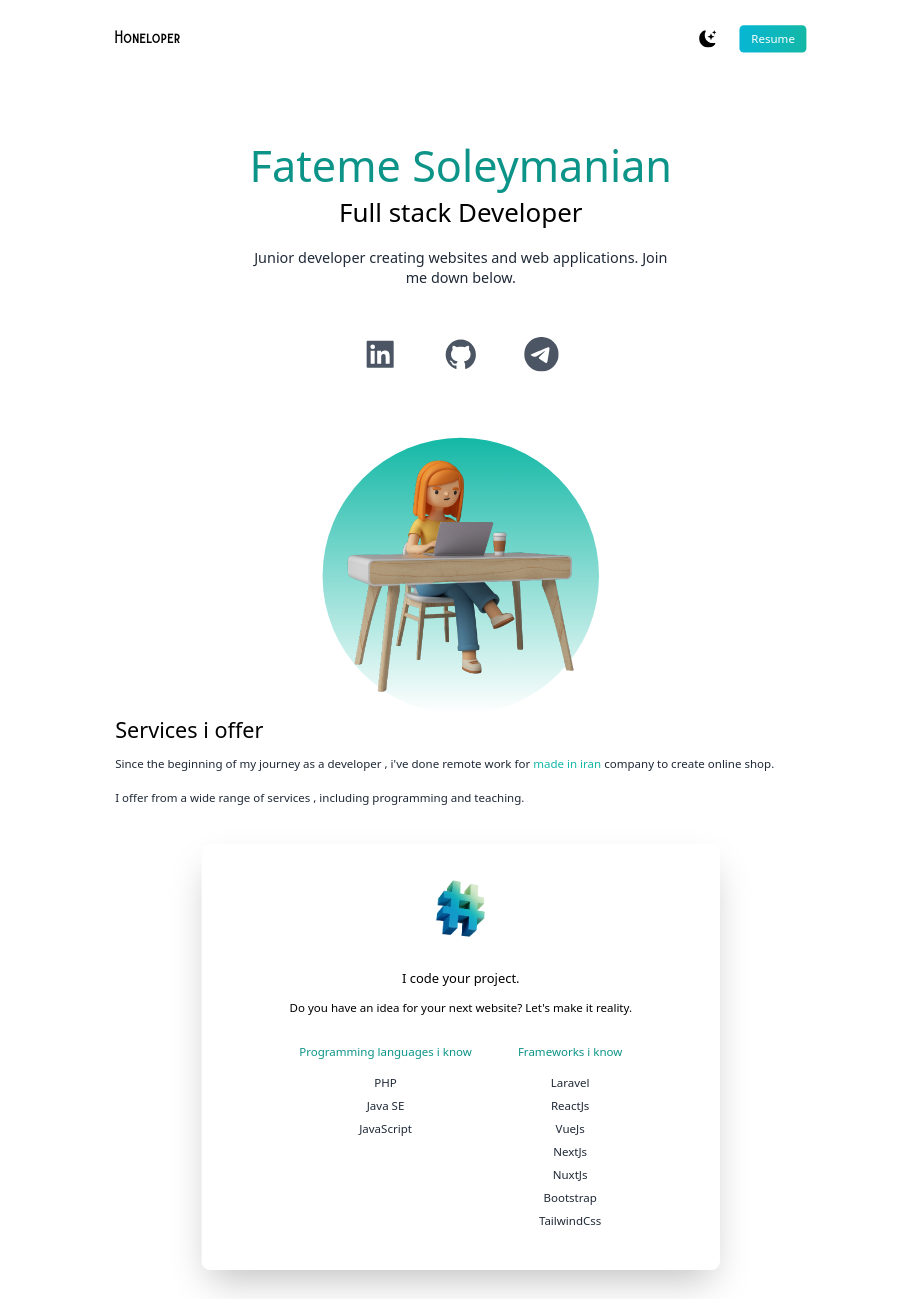
Repository: fatemesoleymanian/portfolio
Page: /
The author's editor kept a copy of each file at every save. The page is drawn from the files as they stood at one save, then again after the next save.
The browser window is 1280 px wide. The pictures show the whole page, at 72% of full size.
An inner scrolling area shows only its first screen. The project was rebuilt for these pictures with package versions that can differ from the ones it lists, and the page was loaded fresh each time. The framework's server and built-in components were replaced by stand-ins that run in the browser. Also part of the build but not shown: next.config.js.

Above is the page before, as saved 2023-03-10 19:40:31.

### pages/_document.js
import { Html, Head, Main, NextScript } from 'next/document'

export default function Document() {
  return (
    <Html lang="en">
      <Head />
      <body className='dark:bg-gray-900'>
        <Main />
        <NextScript />
      </body>
    </Html>
  )
}

### pages/index.js
import Head from 'next/head'
import { BsFillMoonStarsFill } from 'react-icons/bs'
import { AiFillLinkedin, AiFillGithub , } from 'react-icons/ai'
import {SiTelegram} from 'react-icons/si'
import Image from 'next/image'
import honeloper from '../public/honeloper3d.png'
import code from '../public/code.png'
import { useState } from 'react'
export default function Home() {
  const [darkMode , setDarkMode] = useState(false);
  return (
    <div className={darkMode ? 'dark' : ''}>
      <Head>
        <title>My Portfolio</title>
        <meta name="description" content="Generated by create next app" />
        <meta name="viewport" content="width=device-width, initial-scale=1" />
        <link rel="icon" href="/favicon.ico" />
      </Head>
      <main className='bg-white px-10 md:px-20 lg:px-40 dark:bg-gray-900'>
        <section className="min-h-screen">
          <nav className='py-10 mb-12 flex justify-between dark:text-white'>
            <h1 className='text-xl font-burtons'>Honeloper</h1>
            <ul className='flex items-center'>
              <li>
                <BsFillMoonStarsFill className='cursor-pointer text-2xl'
                onClick={() => setDarkMode(!darkMode)}/>
              </li>
              <li>
                <a className="bg-gradient-to-r from-cyan-500 to-teal-500 text-white px-4 py-2 rounded-md ml-8"
                  href="https://jobvision.ir/cv/97158940-111758">Resume</a>
              </li>
            </ul>
          </nav>
          <div className='text-center p-9'>
            <h2 className='text-3xl md:text-4xl lg:text-6xl py-2 text-teal-600 font-medium'>
              Fateme Soleymanian</h2>
            <h3 className='text-2xl md:text-3xl lg:text-4xl py-2 dark:text-gray-100'>Full stack Developer</h3>
            <p className='text-md py-5 leading-8 text-gray-800 lg:text-xl
            max-w-xl mx-auto dark:text-gray-400'>
              Junior developer creating websites and web applications. Join me down below.</p>
          </div>
          <div className='text-5xl flex justify-center gap-16 py-3 text-gray-600 dark:text-gray-300'>
            <a href="https://www.linkedin.com/in/fateme-soleymanian-b2713a225">
              <AiFillLinkedin />  </a>
            <a href="https://github.com/fatemesoleymanian">
              <AiFillGithub />
            </a>
            <a href="https://t.me/Honeloper">
              <SiTelegram />
            </a>
          </div>
          <div className='relative bg-gradient-to-b from-teal-500 rounded-full
          mx-auto md:w-80 md:h-80 lg:h-96 lg:w-96 mt-20'>
            <Image src={honeloper} alt="honeloper" />
          </div>
        </section>

        <section>
          <div>
            <h3 className='text-3xl py-1 dark:text-gray-200'>
              Services i offer
            </h3>
            <p className='text-md py-2 leading-8 text-gray-800 dark:text-gray-300'>
              Since the beginning of my journey as a developer , i've done remote work for
              <span className='text-teal-500'><a href="https://madein-iran.com"> made in iran </a></span> company to create online shop.
            </p>
            <p className='text-md py-2 leading-8 text-gray-800 dark:text-gray-300'>
              I offer from a wide range of services , including programming and teaching.
            </p>
          </div>
          <div>
            <div className='md:mx-auto text-center shadow-2xl p-10 rounded-xl my-10 md:w-9/12'>
              <Image src={code} width={100} height={100} className="mx-auto"/>
              <h3 className='text-lg font-medium pt-8 pb-2 dark:text-gray-100'>
                I code your project.
              </h3>
              <p className='py-2 dark:text-gray-200'>Do you have an idea for your next website?
                Let's make it reality.</p>
             <div className='flex justify-center gap-16 py-3'>
             <div className='dark:text-gray-300 text-gray-800'>
                <h4 className='py-4 text-teal-600'>Programming languages i know</h4>
                <p className='py-1'>PHP</p>
                <p className='py-1'>Java SE</p>
                <p className='py-1'>JavaScript</p>
              </div>
              <div className='dark:text-gray-300 text-gray-800'>
                <h4 className='py-4 text-teal-600'>Frameworks i know</h4>
                <p className='py-1'>Laravel</p>
                <p className='py-1'>ReactJs</p>
                <p className='py-1'>VueJs</p>
                <p className='py-1'>NextJs</p>
                <p className='py-1'>NuxtJs</p>
                <p className='py-1'>Bootstrap</p>
                <p className='py-1'>TailwindCss</p>
              </div>
             </div>
            </div>
          </div>
        </section>
      </main>
    </div>
  )
}

### styles/globals.css
@tailwind base;
@tailwind components;
@tailwind utilities;

* {
  box-sizing: border-box;
  padding: 0;
  margin: 0;
}

html,
body {
  max-width: 100vw;
  overflow-x: hidden;
}

a {
  color: inherit;
  text-decoration: none;
}

@font-face {
  font-family: "burtons";
  src: url('../public/Burtons.otf');
}

### tailwind.config.js
/** @type {import('tailwindcss').Config} */
module.exports = {
  darkMode:"class",
  content: [
    "./app/**/*.{js,ts,jsx,tsx}",
    "./pages/**/*.{js,ts,jsx,tsx}",
    "./components/**/*.{js,ts,jsx,tsx}",

  ],
  theme: {
    extend: {
      fontFamily:{
        burtons: "burtons",
      }
    },
  },
  plugins: [],
}

Loaded but not shown: pages/_app.js (common file)

After the next save:
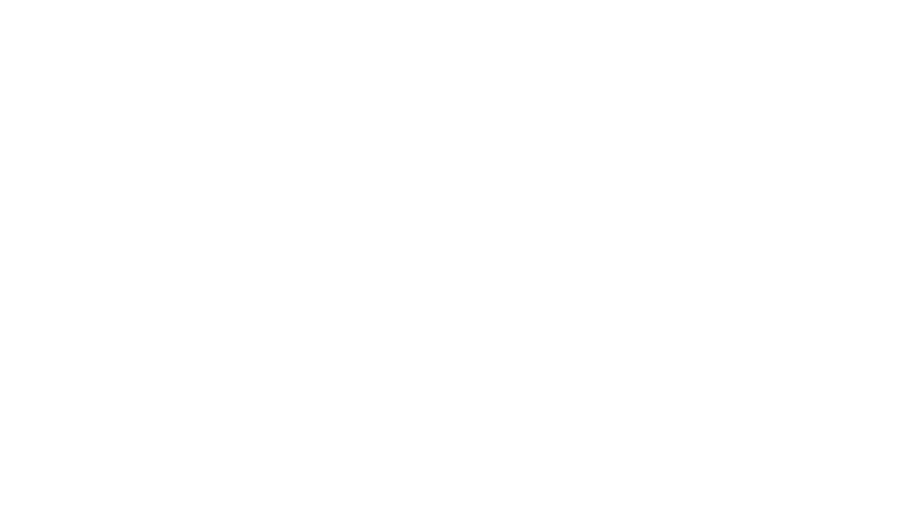
Saved 88 s later.
--- a/pages/_document.js
+++ b/pages/_document.js
@@ -4,7 +4,7 @@
   return (
     <Html lang="en">
       <Head />
-      <body className='dark:bg-gray-900'>
+      <body className='h-0'>
         <Main />
         <NextScript />
       </body>

After the save that followed:
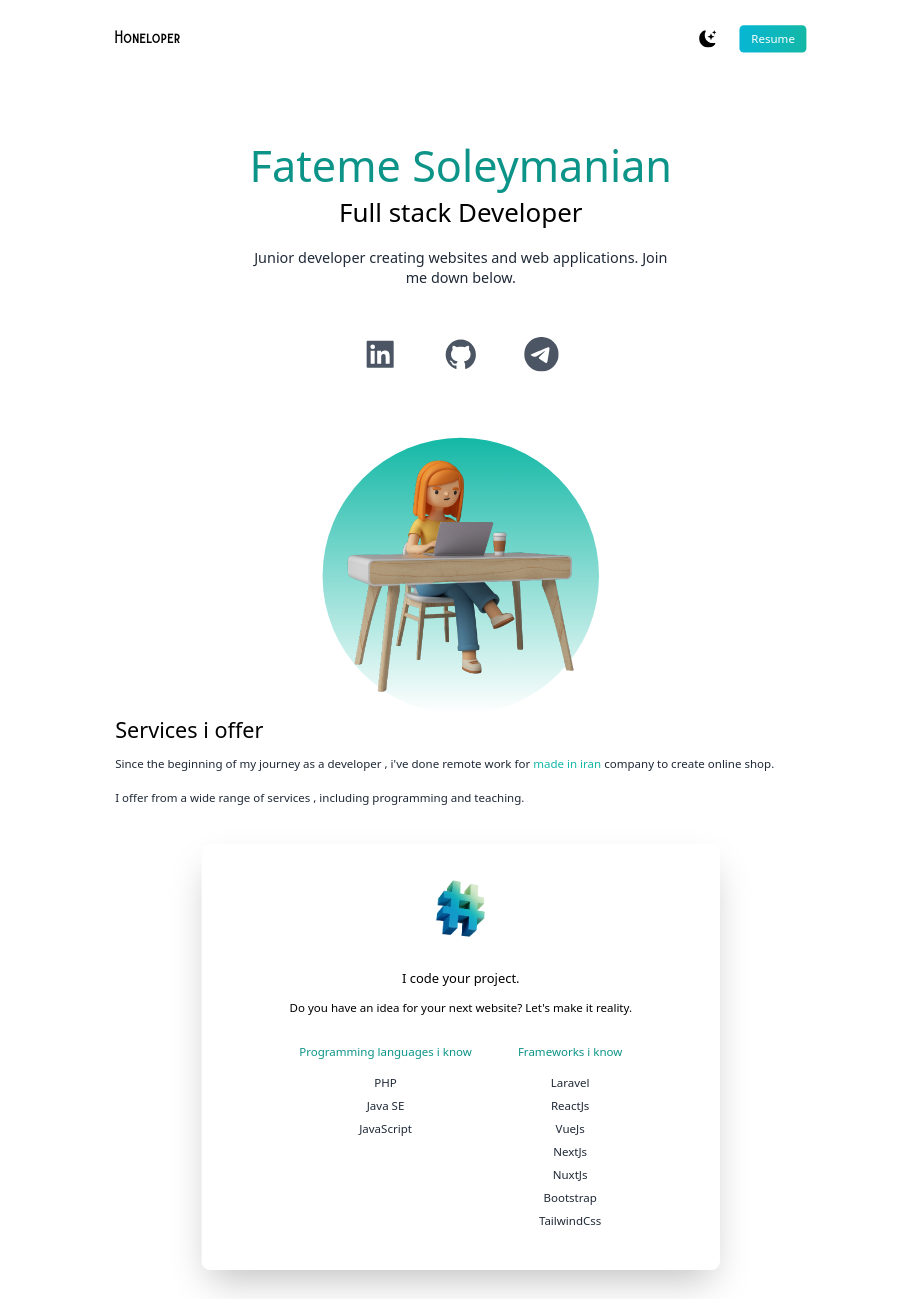
Saved 9 s later.
--- a/pages/_document.js
+++ b/pages/_document.js
@@ -4,7 +4,7 @@
   return (
     <Html lang="en">
       <Head />
-      <body className='h-0'>
+      <body className=''>
         <Main />
         <NextScript />
       </body>
